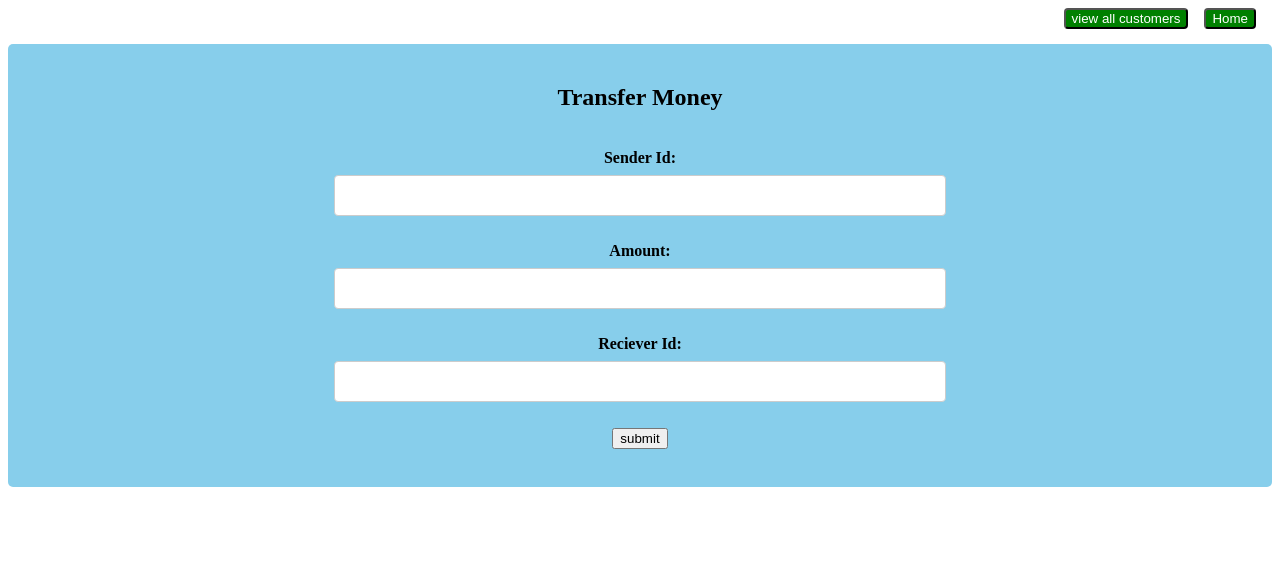
Repository: BarnalaManognaram/sparxintern
Page: sparx_internship/sparx/src/main/webapp/transfer.html
These files come from the project's save history. The page is drawn as it stood at one moment and after the next save; the edit follows.
The browser window is 1280 px wide. The pictures show the whole page.

Above is the page before, as saved 2021-09-20 14:26:15.

After the next save:
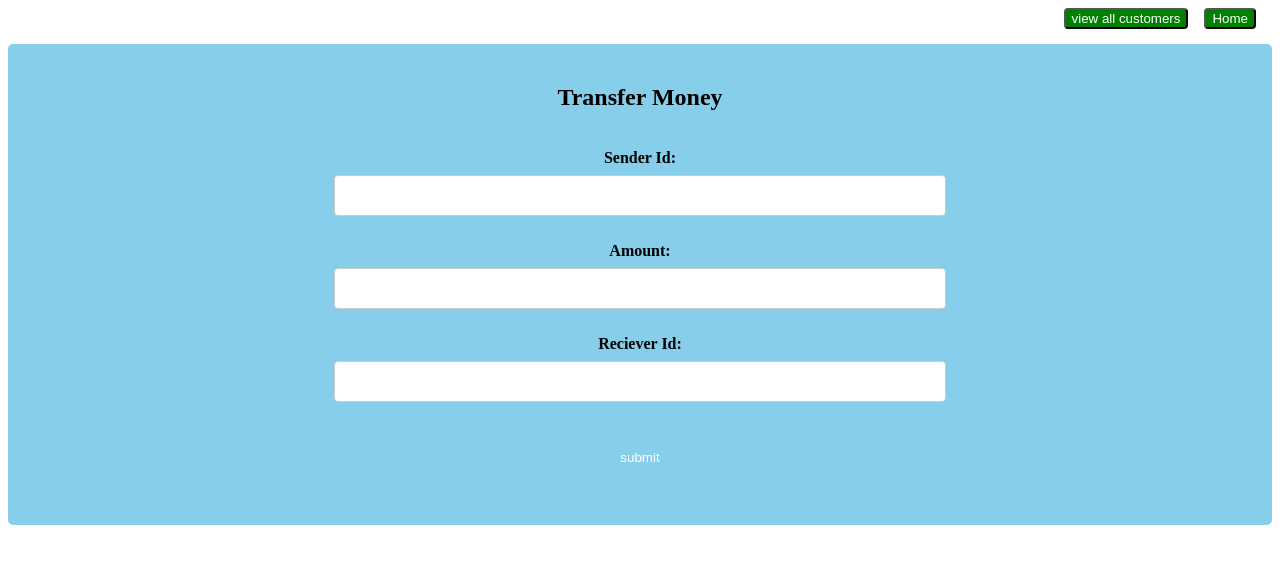
Saved 10 s later.
--- a/sparx_internship/sparx/src/main/webapp/transfer.html
+++ b/sparx_internship/sparx/src/main/webapp/transfer.html
@@ -16,7 +16,7 @@
     <b>Sender Id:</b><br><input type="text" name="sid" /><br><br>
     <b>Amount:</b><br><input  type="text" name="tm"/><br><br>
     <b>Reciever Id:</b><br><input type="text" name="rid"/><br><br>
-    <input type="button" value="submit"/><br><br>
+    <input type="submit" value="submit"/><br><br>
  </form>
     </div>
 
